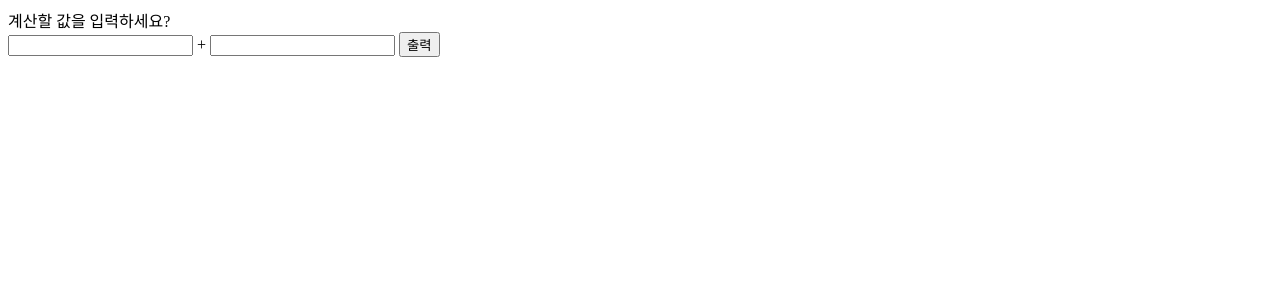
Repository: water-case/Servlet_JSP_JSPMVC
Page: workspace/JSPPrj/src/main/webapp/calc.html
An editor plug-in stored every save of this project. The page is shown before and after the next save, followed by the edit.
The browser window is 1280 px wide. The pictures show the whole page.

Above is the page before, as saved 2021-08-25 05:22:13.

### workspace/JSPPrj/src/main/webapp/calc.html
<!DOCTYPE html>
<html>
<head>
<meta charset="UTF-8">
<title>Insert title here</title>
</head>
<body>
	<div>
		<form action="calc" method="post">
			<div>
				<label>계산할 값을 입력하세요?</label>
			</div>
			<div>
				<input type="text" name="x" />
				<label>+</label>
				<input type="text" name="y" />
				<input type="submit" value="출력" />
			</div>
		</form>
	</div>
</body>
</html>

After the next save:
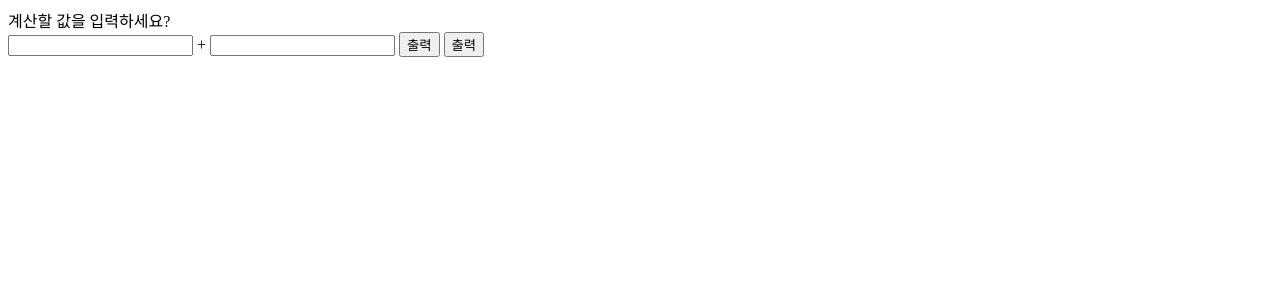
Saved 5 s later.
--- a/workspace/JSPPrj/src/main/webapp/calc.html
+++ b/workspace/JSPPrj/src/main/webapp/calc.html
@@ -15,6 +15,7 @@
 				<label>+</label>
 				<input type="text" name="y" />
 				<input type="submit" value="출력" />
+				<input type="submit" value="출력" />
 			</div>
 		</form>
 	</div>

After the save that followed:
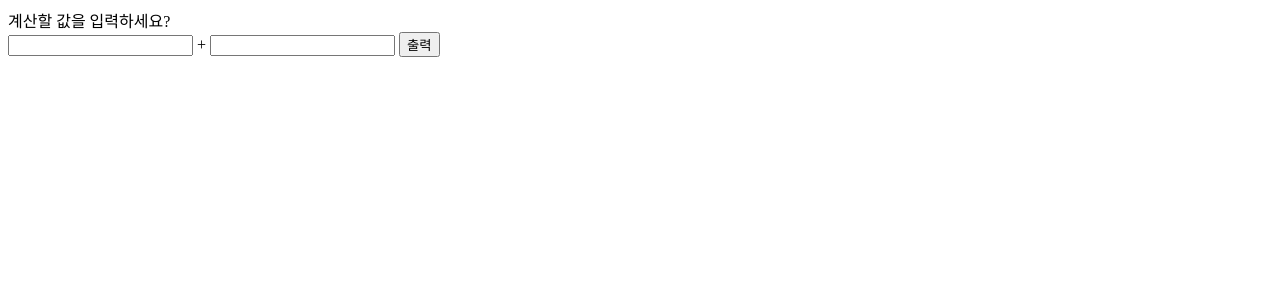
Saved 6 s later.
--- a/workspace/JSPPrj/src/main/webapp/calc.html
+++ b/workspace/JSPPrj/src/main/webapp/calc.html
@@ -15,7 +15,7 @@
 				<label>+</label>
 				<input type="text" name="y" />
 				<input type="submit" value="출력" />
-				<input type="submit" value="출력" />
+
 			</div>
 		</form>
 	</div>
